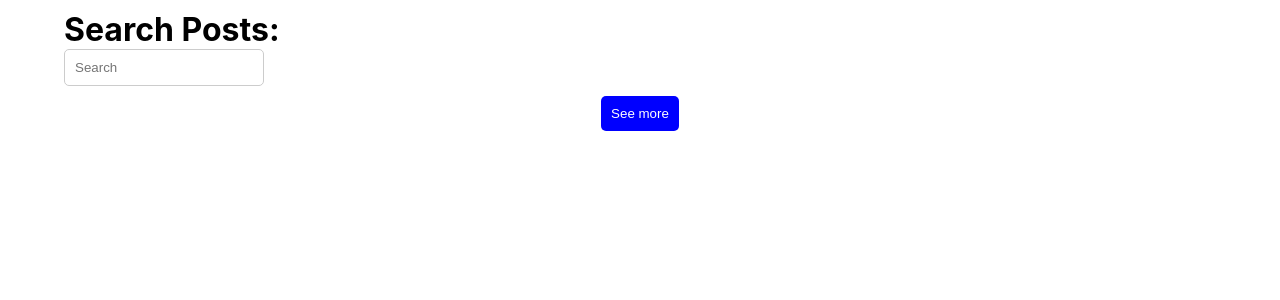
Repository: GiovanaBragio/ReactCourse
Page: / (app in project-1/)
The author's editor kept a copy of each file at every save. The page is drawn from the files as they stood at one save, then again after the next save.
The browser window is 1280 px wide. The pictures show the whole page.
The page's requests for data from a server got no answer. The project was rebuilt for these pictures with package versions that can differ from the ones it lists, and the page was loaded fresh each time. No one was signed in, and anything a server would have sent is missing. Also part of the build but not shown: project-1/src/components/PostCard/PostCard.styles.css, project-1/src/components/PostCard/PostCard.tsx.

Above is the page before, as saved 2025-02-05 16:30:25.

### project-1/src/index.tsx
import React from 'react';
import ReactDOM from 'react-dom/client';
import './index.css';
import Home from './templates/Home/Home';

const root = ReactDOM.createRoot(
  document.getElementById('root') as HTMLElement
);
root.render(
  <React.StrictMode>
    <Home />
  </React.StrictMode>
);

### project-1/src/templates/Home/Home.tsx
import { useEffect, useState } from 'react';
import './Home.css';
import { PostCardProps } from '../../components/PostCard/PostCard.interface';
import Button from '../../components/Button/Button';
import InputText from '../../components/InputText/InputText';
import Post from '../../components/Post/Post';

function Home() {
  const [posts, setPosts] = useState<PostCardProps[]>([]);
  const [isButtonDisabled, setIsButtonDisabled] = useState(false);
  const [nextPosts, setNextPosts] = useState(10);
  const [search, setSearch] = useState('');
  const filterPosts = !!search ? posts.filter(post => post.title.toLowerCase().includes(search.toLowerCase())) : posts;

  useEffect(() => {
    loadPosts();
  }, []);

  const loadPosts = async () => {
    const responsePost = await fetch('https://jsonplaceholder.typicode.com/posts').then(response => response.json());
    const responsePhotos = await fetch('https://dummyjson.com/image/150');

    const postsWithPhotos = responsePost.map((post: PostCardProps, index: number) => {
      return {
        ...post,
        cover: responsePhotos.url
      }
    })

    setPosts(postsWithPhotos);
  }

  const seeMore = () => {
    let newNextPosts = nextPosts + 10;
    if (newNextPosts > 100) {
      setIsButtonDisabled(true);
    }
    setNextPosts(newNextPosts);
  }

  return (
    <div className="Home">
      <div className="Home__search">
        <h1>Search Posts: {search}</h1>
        <InputText
          value={search}
          onChange={(event: React.ChangeEvent<HTMLInputElement>) => setSearch(event.target.value)} />
      </div>
      <Post posts={filterPosts} nextPosts={nextPosts} />
      {!search && (
        <Button
          text={'See more'}
          onClick={seeMore}
          disabled={isButtonDisabled}
        />
      )}
    </div>
  );
}

export default Home;

### project-1/src/templates/Home/Home.css
*{
  margin: 0;
  padding: 0;
  box-sizing: border-box;
}
.Home {
  display: flex;
  flex-direction: column;
  justify-content: center;
  align-items: center;
}

.Home__posts {
  display: grid;
  grid-template-columns: repeat(auto-fill, minmax(300px, 1fr));
}

.Home__search {
  width: 90%;
  display: flex;
  flex-direction: column;
  justify-content: center;
  align-items: flex-start;
  margin: 10px;
}

### project-1/src/components/Button/Button.tsx
import { ButtonProps } from "./Button.interface";
import './Button.styles.css';

const Button = ({ onClick, text, disabled }: ButtonProps) => {
    return (
        <button
            onClick={onClick}
            disabled={disabled}>
            {text}
        </button>
    )
}

export default Button;

### project-1/src/components/InputText/InputText.tsx
import { InputTextProps } from "./InputText.inerface";
import './InputText.styles.css';

const InputText = ({ value, onChange }: InputTextProps) => {
    return (
        <input
            className="inputText"
            type="text"
            placeholder="Search"
            value={value}
            onChange={onChange} />
    )
}

export default InputText;

### project-1/src/components/Post/Post.tsx
import PostCard from "../PostCard/PostCard";
import { PostProps } from "./Post.interface";

const Post = ({posts, nextPosts}: PostProps) => {
    return (
        <div className="Home__posts">
        {posts.slice(0, nextPosts).map(post => (
          <PostCard
            key={post.id}
            id={post.id}
            title={post.title}
            body={post.body}
            cover={post.cover} />
        )
        )}
      </div>
    )
}

export default Post;

### project-1/src/components/Button/Button.styles.css
button {
    color: white;
    padding: 10px;
    border-radius: 5px;
    border: none;
    background-color: blue;
    cursor: pointer;
    transition: all 0.3s ease-in-out;
}

button:hover {
    background-color: darkblue;
}

button:disabled {
    background-color: gray;
    cursor: not-allowed;
}

### project-1/src/components/InputText/InputText.styles.css
.inputText {
    padding: 10px;
    border: 1px solid #ccc;
    border-radius: 5px;
    width: 200px;
}

Loaded but not shown: project-1/public/index.html (common file); project-1/src/index.css (common file)

After the next save:
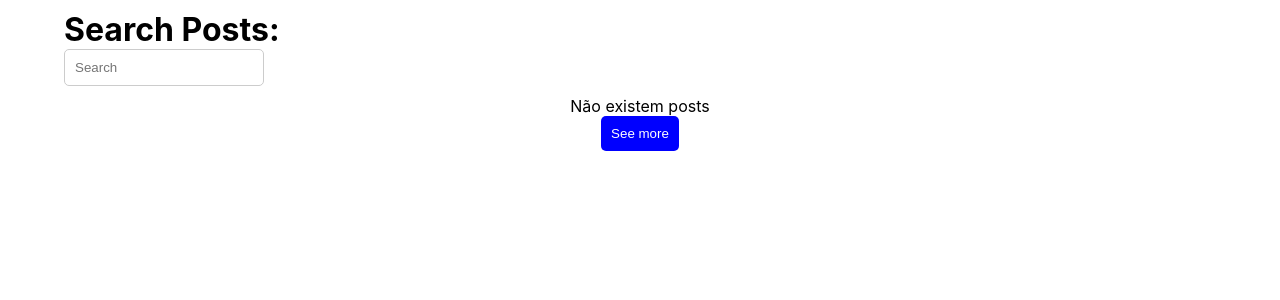
Saved 55 s later.
--- a/project-1/src/templates/Home/Home.tsx
+++ b/project-1/src/templates/Home/Home.tsx
@@ -46,7 +46,7 @@ function Home() {
           value={search}
           onChange={(event: React.ChangeEvent<HTMLInputElement>) => setSearch(event.target.value)} />
       </div>
-      <Post posts={filterPosts} nextPosts={nextPosts} />
+      {search ? <Post posts={filterPosts} nextPosts={nextPosts} /> : <p>Não existem posts</p>}
       {!search && (
         <Button
           text={'See more'}
